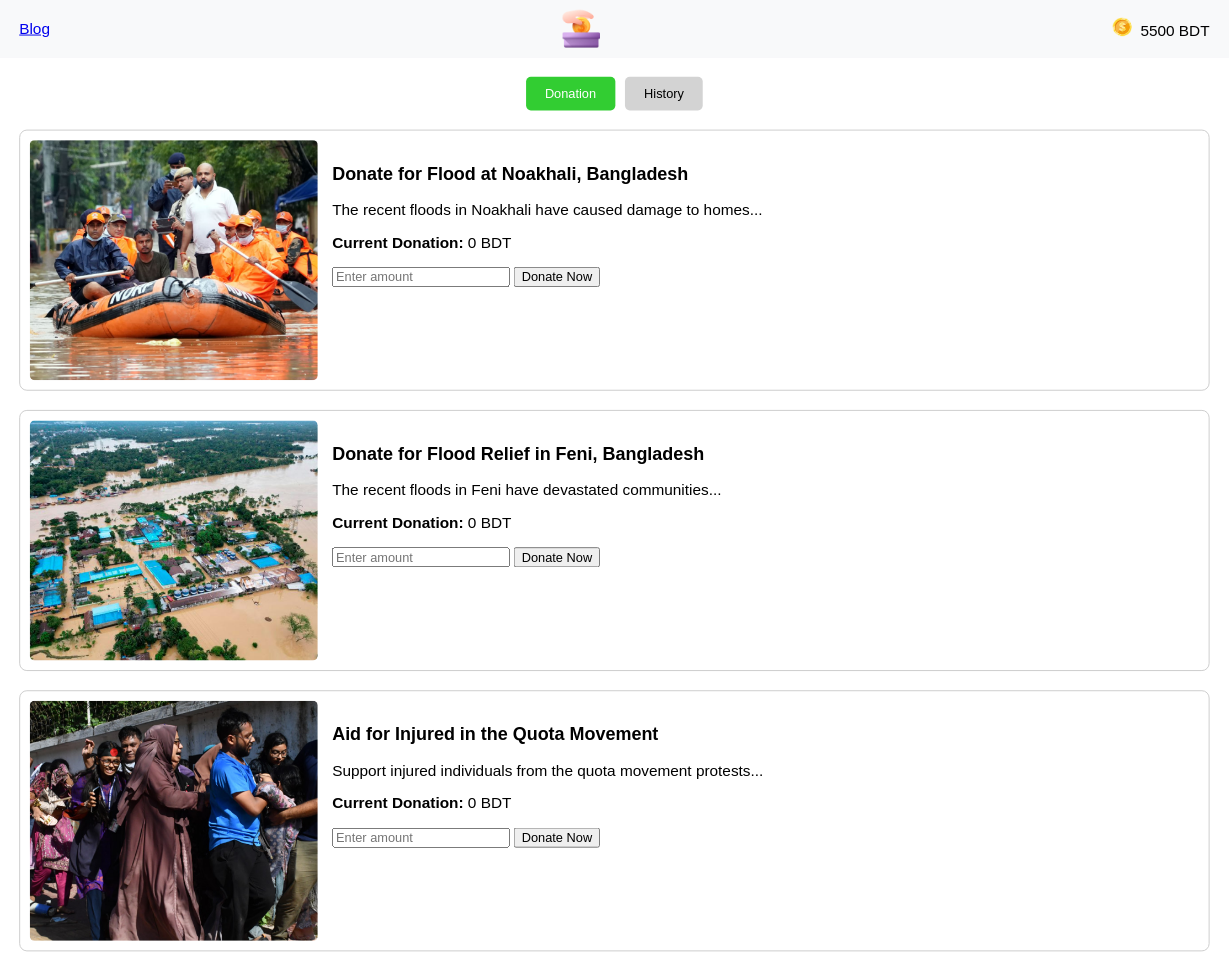
Repository: Aminul-Islam85/Assignment-5
Page: index.html
The author's editor kept a copy of each file at every save. The page is drawn from the files as they stood at one save, then again after the next save.
The browser window is 1280 px wide. The pictures show the whole page, at 96% of full size.

Above is the page before, as saved 2024-12-06 19:14:43.

After the next save:
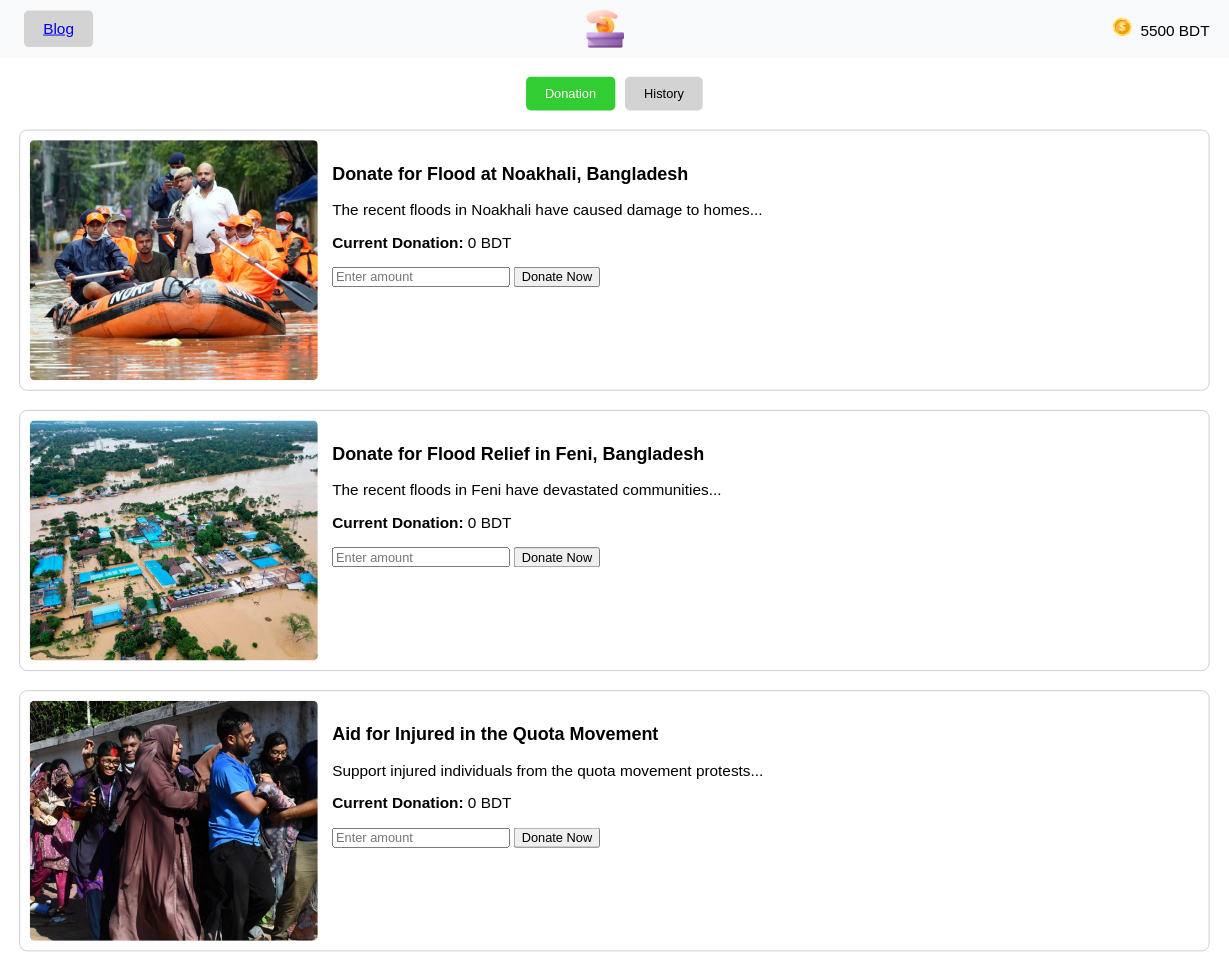
Saved 23 s later.
--- a/index.html
+++ b/index.html
@@ -8,7 +8,7 @@
 </head>
 <body>
   <header class="navbar">
-    <a href="blog.html" class="btn">Blog</a>
+    <a href="blog.html" class="tab-btn">Blog</a>
     <img src="images/logo.png" alt="Logo" class="logo">
     <div class="balance">
       <img src="images/coin.png" alt="Coin" class="icon">
